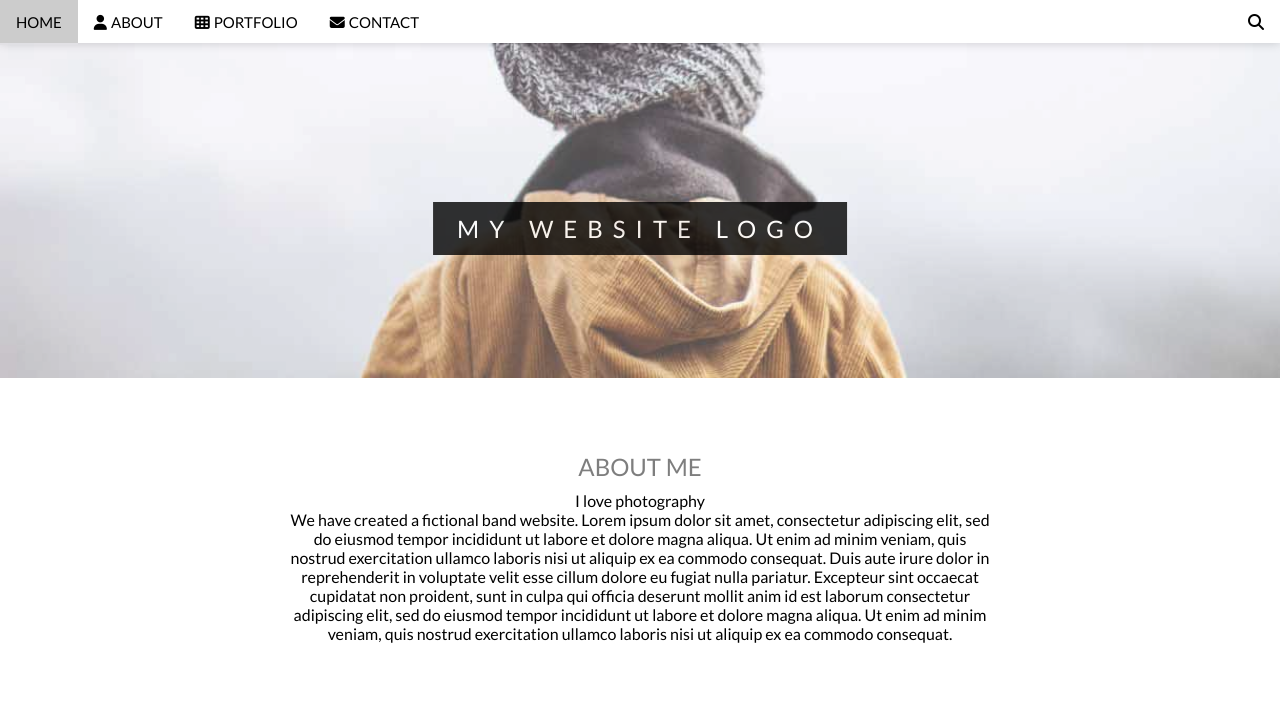
Repository: xd25vn/project-error
Page: index.html
An editor plug-in stored every save of this project. The page is shown before and after the next save, followed by the edit.
The browser window is 1280 px wide. The pictures show the whole page.

Above is the page before, as saved 2023-09-02 15:54:35.

### index.html
<html lang="en">
<head>
    <meta charset="UTF-8">
    <meta name="viewport" content="width=device-width, initial-scale=1.0">
    <title>TEMPLATE PARALLAX</title>
    <link rel="stylesheet" href="./assets/base.css">
    <link rel="stylesheet" href="./assets/main.css">
    <link rel="stylesheet" href="https://fonts.googleapis.com/css?family=Lato">
    <link rel="stylesheet" href="./assets/font/fontawesome-free-6.4.0-web/fontawesome-free-6.4.0-web/css/all.min.css">
</head>
<body>
    <!--! HEADER -->
    <header>
        <!--? NAV -->
        <ul id="nav">
            <li><a href="#">Home</a></li>
            <li><a href="#"><i class="fa-solid fa-user"></i>About</a></li>
            <li><a href="#"><i class="fa fa-th"></i>Portfolio</a></li>
            <li><a href="#"><i class="fa-solid fa-envelope"></i>contact</a></li>
        </ul>
        <div class="nav-icon-search">
            <i class="fa-solid fa-magnifying-glass"></i>
        </div>
        <!--? NAV -->
    </header>
    <!--! HEADER -->
    <!--& SIDEBAR -->
    <div id="sidebar">
        <div class="sidebar-img-one"></div>
        <div class="sidebar-text-one">
            <span>MY WEBSITE LOGO</span>
        </div>
    </div>
    <!-- & SIDEBAR -->
    <div id="content">
        <div id="about">
            <h3 class="heading-section">ABOUT ME</h3>
            <p class="sub-heading-section">I love photography</p>
            <p class="about-section">We have created a fictional band website. Lorem ipsum dolor sit amet, consectetur adipiscing elit, sed do eiusmod tempor incididunt ut labore et dolore magna aliqua. Ut enim ad minim veniam, quis nostrud exercitation ullamco laboris nisi ut aliquip ex ea commodo consequat. Duis aute irure dolor in reprehenderit in voluptate velit esse cillum dolore eu fugiat nulla pariatur. Excepteur sint occaecat cupidatat non proident, sunt in culpa qui officia deserunt mollit anim id est laborum consectetur adipiscing elit, sed do eiusmod tempor incididunt ut labore et dolore magna aliqua. Ut enim ad minim veniam, quis nostrud exercitation ullamco laboris nisi ut aliquip ex ea commodo consequat.</p>
        </div>

        <div class="portfolio">

        </div>

        <div class="my-work">

        </div>

        <div class="contact">

        </div>

        <div class="map-work">

        </div>
    </div>

    <footer id="footer">

    </footer>
</body>
</html>

### assets/base.css
* {
    margin: 0;
    padding: 0;
    box-sizing: border-box;
}
body {
    background-color: #fff;
    font-family: "Lato", sans-serif;
}

### assets/main.css
header #nav {
    display: flex;
    height: 43px;
    width: 100%;
    background-color: #fff;
    box-shadow: 0 0 10px rgba(0, 0, 0, 0.6);
    list-style: none;
    align-items: center;
    position: relative;
}

header #nav li {
    padding: 14px 16px;
    display: block;
}

header #nav li i {
    padding-right: 4px;
}

header
#nav
li a {
    text-decoration: none;
    color: #000;
    font-size: 15px;
    text-transform: uppercase;
}

header
#nav
li:hover {
    background: #ccc;
    cursor: pointer;
}

header
.nav-icon-search
i {
    position: absolute;
    top: 0;
    right: 0;
    padding: 14px 16px;
    text-align: center;
}

header .nav-icon-search:hover i {
    background-color: #f44336 !important;
    color: #fff;
    display: block;
    cursor: pointer;
}

#sidebar .sidebar-img-one {
    background: url(../assets/image/sidebar1.jpg) center / cover no-repeat;
    padding-top: calc(27% - 10.18px);
    opacity: 0.7;
    position: relative;
}

#sidebar .sidebar-text-one {
    background-color: #000 !important;
    position: absolute;
    padding: 12px 24px;
    left: 50%;
    transform: translateX(-50%);
    top: 28%;
    opacity: 0.8;
}

#sidebar .sidebar-text-one span {
    color: #fff;
    font-size: 24px;
    letter-spacing: 10;
}

#content #about {
    margin: 0px 270px;
    padding: 64px 16px;
    text-align: center;
}

#content #about .heading-section {
    margin: 10px 0px;
    font-size: 24px;
    font-weight: 400;
    opacity: 0.5;
}

Loaded but not shown: assets/font/fontawesome-free-6.4.0-web/fontawesome-free-6.4.0-web/css/all.min.css (library)

After the next save:
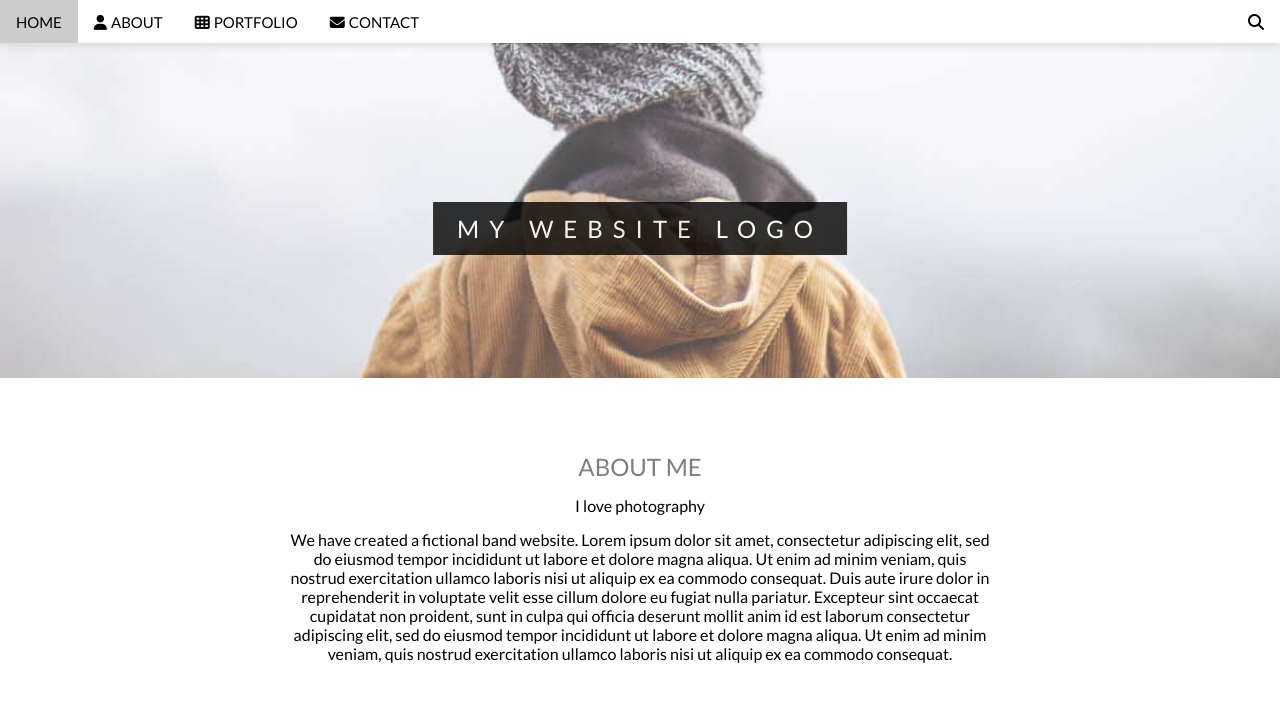
Saved 55 s later.
--- a/assets/main.css
+++ b/assets/main.css
@@ -86,3 +86,7 @@
     font-weight: 400;
     opacity: 0.5;
 }
+
+#content #about .sub-heading-section {
+    margin: 15px 0px;
+}
